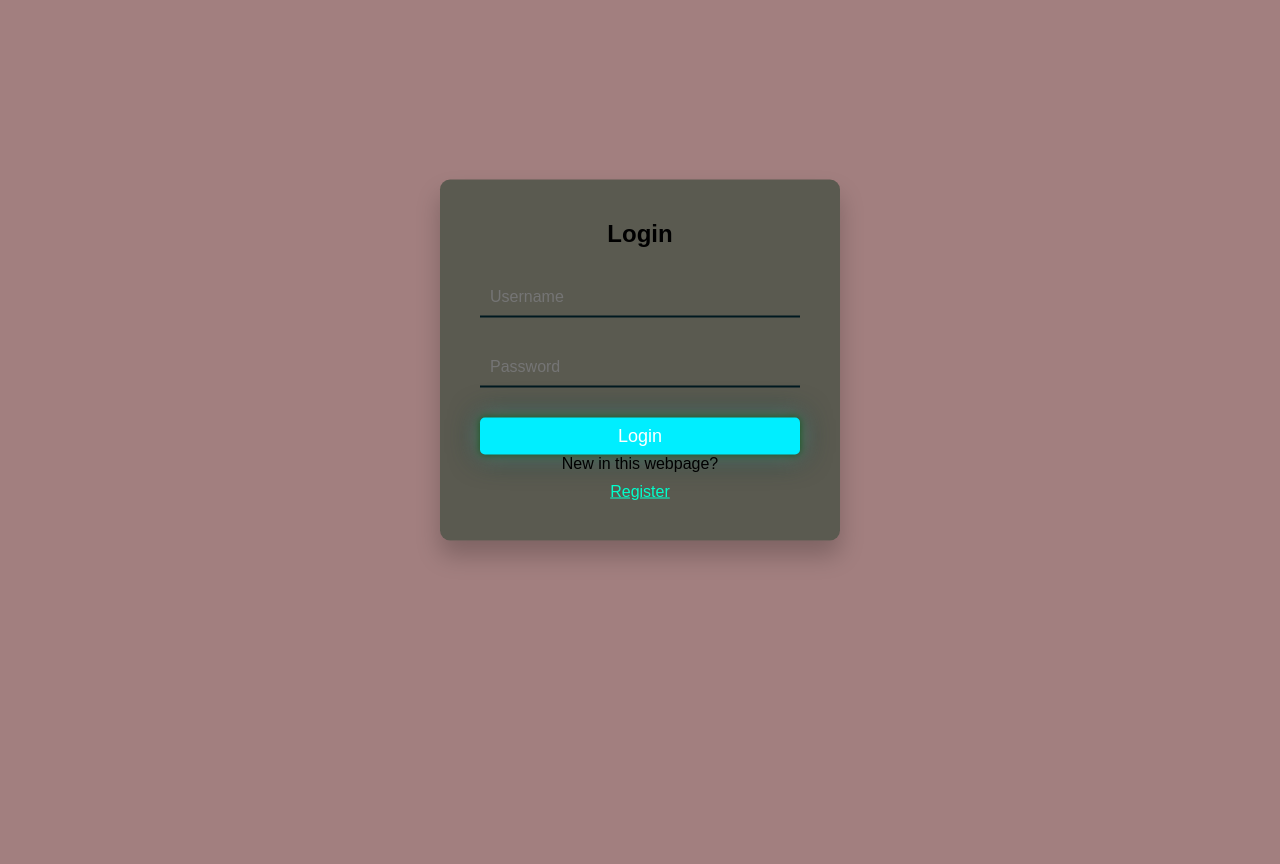
Repository: SRBshakib/Safe-Food---DBMS-project
Page: Organaization/login.html
The author's editor kept a copy of each file at every save. The page is drawn from the files as they stood at one save, then again after the next save.
The browser window is 1280 px wide. The pictures show the whole page.
The pointer rests on the first visible `.btn`.

Above is the page before, as saved 2024-11-10 22:09:41.

### Organaization/login.html
<!DOCTYPE html>
<html lang="en">
<head>
    <meta charset="UTF-8">
    <meta name="viewport" content="width=device-width, initial-scale=1.0">
    <title>Welcome to our organization</title>
    <link rel="stylesheet" href="style_login.css"> <!-- Link to the CSS file -->
</head>
<body>
    <div class="login-box">
        <h2>Login</h2>
        <form>
            <div class="textbox">
                <input type="text" placeholder="Username" required>
            </div>
            <div class="textbox">
                <input type="password" placeholder="Password" required>
            </div>
            <button type="submit" class="btn">Login</button>
            <p>New in this webpage?</p>
            <p class="register">Register</p>
        </form>
    </div>
</body>
</html>

### Organaization/style_login.css

*{

    margin: 0;
    padding: 0;
    box-sizing: border-box;
    font-family: Arial, sans-serif;
}

body {
    display: flex;
    justify-content: center;
    align-items: center;
    height: 120vh;
    background-color: #46000080;
    color: rgb(0, 0, 0);
}

.login-box {
    position: absolute;
    top: 50%;
    left: 50%;
    width: 400px;
    padding: 40px;
    transform: translate(-50%, -50%);
    background: rgba(0, 44, 22, 0.445);
    box-shadow: 0 15px 25px rgba(0, 0, 0, 0.219);
    border-radius: 10px;
    text-align: center;
}

.login-box h2 {
    margin-bottom: 30px;
}

.textbox {
    position: relative;
    margin-bottom: 30px;
    border-bottom: 2px solid #001920;
}

.textbox input {
    width: 100%;
    padding: 10px;
    font-size: 16px;
    background: none;
    border: none;
    outline: none;
    color: #ffffff;
}

.btn {
    display: inline-block;
    width: 100%;
    padding: 8px;
    background: #005e03c5;
    border: none;
    outline: none;
    color: #fff;
    font-size: 18px;
    cursor: pointer;
    border-radius: 5px;
    transition: background 0.3s, box-shadow 0.3s;
}

.btn:hover {
    background: #00eeff;
    box-shadow: 0 0 10px #004e0d, 0 0 20px #91979b, 0 0 30px #003b30;
}

.register {
    color: #00ffcc;
    cursor: pointer;
    margin-top: 10px;
    text-decoration: underline;
}

After the next save:
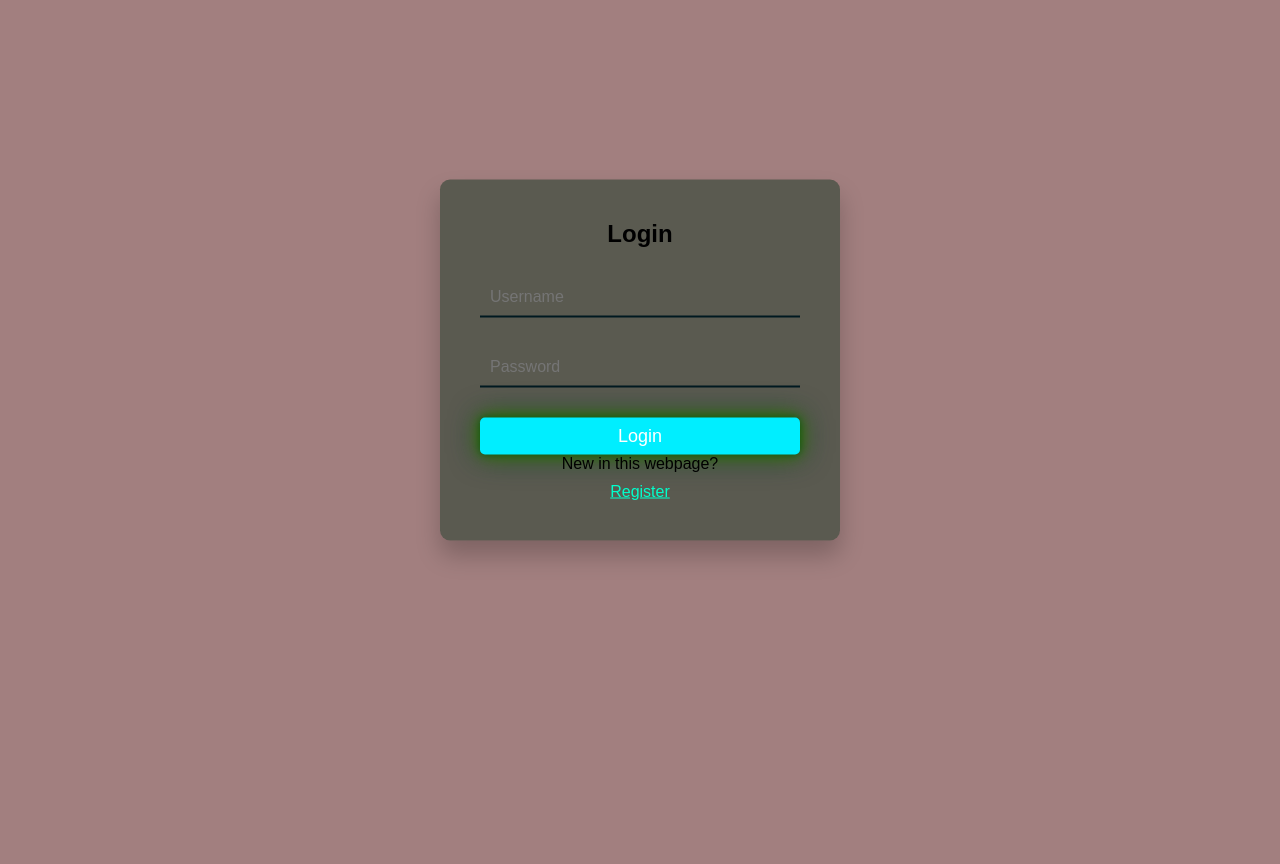
Saved 16 s later.
--- a/Organaization/style_login.css
+++ b/Organaization/style_login.css
@@ -65,7 +65,7 @@ body {
 
 .btn:hover {
     background: #00eeff;
-    box-shadow: 0 0 10px #004e0d, 0 0 20px #91979b, 0 0 30px #003b30;
+    box-shadow: 0 0 10px #004e0d, 0 0 20px #5e9100, 0 0 30px #003b30;
 }
 
 .register {
